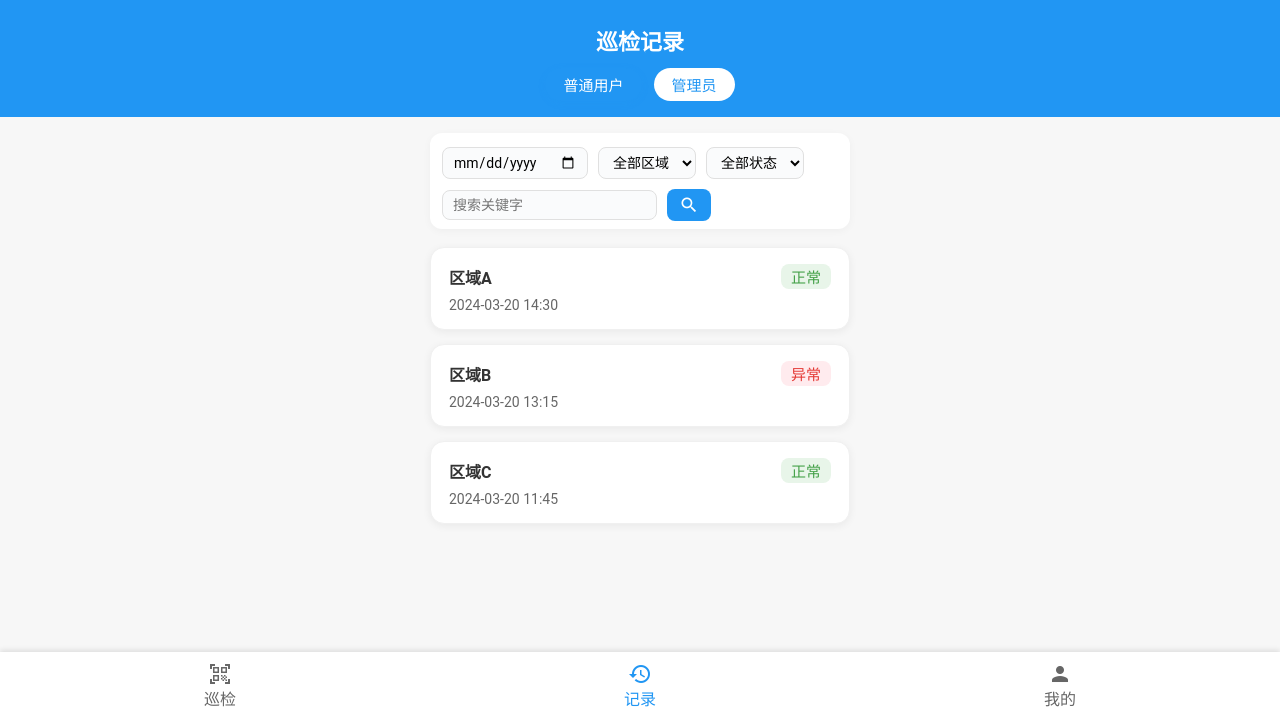
Repository: andyzheung/check-app
Page: UI原型/records.html
These files come from the project's save history. The page is drawn as it stood at one moment and after the next save; the edit follows.
The browser window is 1280 px wide. The pictures show the whole page.

Above is the page before, as saved 2025-05-11 17:08:51.

### UI原型/records.html
<!DOCTYPE html>
<html lang="zh-CN">
<head>
    <meta charset="UTF-8">
    <meta name="viewport" content="width=device-width, initial-scale=1.0">
    <title>巡检记录 - 巡检管理系统</title>
    <link href="https://fonts.googleapis.com/icon?family=Material+Icons" rel="stylesheet">
    <link href="css/common.css" rel="stylesheet">
    <link href="css/records.css" rel="stylesheet">
</head>
<body>
    <div class="records-container">
        <div class="records-header">
            <h1>巡检记录</h1>
            <!-- 角色切换，仅演示用，实际应由登录态决定 -->
            <div class="role-switch">
                <button class="role-btn active" id="userViewBtn">普通用户</button>
                <button class="role-btn" id="adminViewBtn">管理员</button>
            </div>
        </div>

        <!-- 普通用户视图 -->
        <div class="records-filter user-filter" id="userFilter">
            <input type="date" class="filter-input" placeholder="日期">
            <select class="filter-input">
                <option>全部区域</option>
                <option>A区机房</option>
                <option>B区机房</option>
                <option>C区机房</option>
            </select>
            <select class="filter-input">
                <option>全部状态</option>
                <option>正常</option>
                <option>异常</option>
            </select>
            <input type="text" class="filter-input" placeholder="搜索关键字">
            <button class="search-btn"><span class="material-icons">search</span></button>
        </div>
        <div class="records-content user-records" id="userRecords">
            <div class="record-card" onclick="window.location.href='inspection-details.html'">
                <div class="record-header">
                    <div>区域A</div>
                    <div class="record-status status-normal">正常</div>
                </div>
                <div class="record-info">
                    <div class="record-time">2024-03-20 14:30</div>
                </div>
            </div>
            <div class="record-card" onclick="window.location.href='inspection-details.html'">
                <div class="record-header">
                    <div>区域B</div>
                    <div class="record-status status-abnormal">异常</div>
                </div>
                <div class="record-info">
                    <div class="record-time">2024-03-20 13:15</div>
                </div>
            </div>
            <div class="record-card" onclick="window.location.href='inspection-details.html'">
                <div class="record-header">
                    <div>区域C</div>
                    <div class="record-status status-normal">正常</div>
                </div>
                <div class="record-info">
                    <div class="record-time">2024-03-20 11:45</div>
                </div>
            </div>
        </div>

        <!-- 管理员视图 -->
        <div class="records-filter admin-filter" id="adminFilter" style="display:none;">
            <input type="date" class="filter-input" placeholder="日期">
            <select class="filter-input">
                <option>全部区域</option>
                <option>A区机房</option>
                <option>B区机房</option>
                <option>C区机房</option>
            </select>
            <select class="filter-input">
                <option>全部人员</option>
                <option>张三</option>
                <option>李四</option>
                <option>王五</option>
            </select>
            <select class="filter-input">
                <option>全部状态</option>
                <option>正常</option>
                <option>异常</option>
            </select>
            <button class="search-btn"><span class="material-icons">search</span></button>
        </div>
        <div class="records-content admin-records" id="adminRecords" style="display:none;">
            <div class="record-card" onclick="window.location.href='inspection-details.html'">
                <div class="record-header">
                    <div>区域A</div>
                    <div class="record-status status-normal">正常</div>
                    <div class="record-inspector">张三</div>
                </div>
                <div class="record-info">
                    <div class="record-time">2024-03-20 14:30</div>
                </div>
            </div>
            <div class="record-card" onclick="window.location.href='inspection-details.html'">
                <div class="record-header">
                    <div>区域B</div>
                    <div class="record-status status-abnormal">异常</div>
                    <div class="record-inspector">李四</div>
                </div>
                <div class="record-info">
                    <div class="record-time">2024-03-20 13:15</div>
                </div>
            </div>
            <div class="record-card" onclick="window.location.href='inspection-details.html'">
                <div class="record-header">
                    <div>区域C</div>
                    <div class="record-status status-normal">正常</div>
                    <div class="record-inspector">王五</div>
                </div>
                <div class="record-info">
                    <div class="record-time">2024-03-20 11:45</div>
                </div>
            </div>
        </div>

        <!-- 底部导航 -->
        <div class="bottom-nav">
            <a href="scan.html" class="nav-item">
                <span class="material-icons">qr_code_scanner</span>
                <span>巡检</span>
            </a>
            <a href="records.html" class="nav-item active">
                <span class="material-icons">history</span>
                <span>记录</span>
            </a>
            <a href="profile.html" class="nav-item">
                <span class="material-icons">person</span>
                <span>我的</span>
            </a>
        </div>
    </div>
    <script>
        // 角色切换演示脚本
        const userBtn = document.getElementById('userViewBtn');
        const adminBtn = document.getElementById('adminViewBtn');
        const userFilter = document.getElementById('userFilter');
        const adminFilter = document.getElementById('adminFilter');
        const userRecords = document.getElementById('userRecords');
        const adminRecords = document.getElementById('adminRecords');
        userBtn.onclick = function() {
            userBtn.classList.add('active');
            adminBtn.classList.remove('active');
            userFilter.style.display = '';
            userRecords.style.display = '';
            adminFilter.style.display = 'none';
            adminRecords.style.display = 'none';
        };
        adminBtn.onclick = function() {
            adminBtn.classList.add('active');
            userBtn.classList.remove('active');
            userFilter.style.display = 'none';
            userRecords.style.display = 'none';
            adminFilter.style.display = '';
            adminRecords.style.display = '';
        };
    </script>
</body>
</html>

### UI原型/css/common.css
/* 公共样式 */
:root {
    --primary-color: #2196F3;
    --success-color: #4CAF50;
    --error-color: #F44336;
    --background-color: #F5F5F5;
    --text-color: #333333;
    --card-background: #FFFFFF;
}

* {
    margin: 0;
    padding: 0;
    box-sizing: border-box;
    font-family: 'Roboto', sans-serif;
}

body {
    background-color: var(--background-color);
    color: var(--text-color);
}

/* 底部导航样式 */
.bottom-nav {
    display: flex;
    justify-content: space-around;
    padding: 10px;
    background-color: white;
    box-shadow: 0 -2px 5px rgba(0,0,0,0.1);
    position: fixed;
    bottom: 0;
    left: 0;
    right: 0;
}

.nav-item {
    display: flex;
    flex-direction: column;
    align-items: center;
    color: #666;
    text-decoration: none;
}

.nav-item.active {
    color: var(--primary-color);
}

/* 返回按钮样式 */
.back-button {
    color: inherit;
    text-decoration: none;
    display: flex;
    align-items: center;
}

/* 卡片样式 */
.card {
    background-color: var(--card-background);
    border-radius: 8px;
    padding: 15px;
    margin-bottom: 15px;
    box-shadow: 0 2px 4px rgba(0,0,0,0.1);
}

/* 按钮样式 */
.button {
    padding: 12px 20px;
    border: none;
    border-radius: 4px;
    font-size: 16px;
    cursor: pointer;
    background-color: var(--primary-color);
    color: white;
    width: 100%;
}

/* 输入框样式 */
.input-field {
    width: 100%;
    padding: 12px;
    border: 1px solid #ddd;
    border-radius: 4px;
    font-size: 16px;
    margin-bottom: 15px;
}

/* 状态标签样式 */
.status-normal {
    background-color: var(--success-color);
    color: white;
    padding: 4px 8px;
    border-radius: 4px;
    font-size: 14px;
}

.status-abnormal {
    background-color: var(--error-color);
    color: white;
    padding: 4px 8px;
    border-radius: 4px;
    font-size: 14px;
}

### UI原型/css/records.css
/* 巡检记录页面样式 */
.records-container {
    min-height: 100vh;
    background: #f7f7f7;
    display: flex;
    flex-direction: column;
}

.records-header {
    background: var(--primary-color, #2196F3);
    color: #fff;
    padding: 24px 0 16px 0;
    text-align: center;
    position: relative;
}
.records-header h1 {
    font-size: 22px;
    font-weight: 700;
    margin: 0;
}
.role-switch {
    margin-top: 12px;
    display: flex;
    justify-content: center;
    gap: 12px;
}
.role-btn {
    background: #fff;
    color: var(--primary-color, #2196F3);
    border: none;
    border-radius: 18px;
    padding: 6px 18px;
    font-size: 15px;
    font-weight: 500;
    cursor: pointer;
    transition: background 0.2s, color 0.2s;
}
.role-btn.active {
    background: var(--primary-color, #2196F3);
    color: #fff;
    box-shadow: 0 2px 8px rgba(33,150,243,0.08);
}

.records-filter {
    display: flex;
    gap: 10px;
    align-items: center;
    background: #fff;
    padding: 14px 12px 8px 12px;
    border-radius: 12px;
    margin: 16px auto 0 auto;
    max-width: 420px;
    box-shadow: 0 2px 8px rgba(0,0,0,0.04);
    flex-wrap: wrap;
}
.filter-input {
    border: 1px solid #e0e0e0;
    border-radius: 8px;
    padding: 6px 10px;
    font-size: 14px;
    background: #fafbfc;
    outline: none;
    min-width: 90px;
}
.search-btn {
    background: var(--primary-color, #2196F3);
    color: #fff;
    border: none;
    border-radius: 8px;
    padding: 6px 12px;
    cursor: pointer;
    display: flex;
    align-items: center;
    transition: background 0.2s;
}
.search-btn .material-icons {
    font-size: 20px;
}

.records-content {
    display: flex;
    flex-direction: column;
    gap: 14px;
    margin: 18px auto 0 auto;
    max-width: 420px;
    width: 100%;
}
.record-card {
    background: #fff;
    border-radius: 14px;
    box-shadow: 0 2px 8px rgba(0,0,0,0.06);
    padding: 16px 18px;
    cursor: pointer;
    transition: box-shadow 0.2s;
    border: 1.5px solid #f0f0f0;
}
.record-card:hover {
    box-shadow: 0 4px 16px rgba(33,150,243,0.10);
}
.record-header {
    display: flex;
    align-items: center;
    justify-content: space-between;
    font-size: 16px;
    font-weight: 600;
    margin-bottom: 8px;
    gap: 10px;
}
.record-status {
    font-size: 15px;
    font-weight: 500;
    border-radius: 8px;
    padding: 2px 10px;
}
.status-normal {
    color: #43a047;
    background: #e8f5e9;
}
.status-abnormal {
    color: #e53935;
    background: #ffebee;
}
.record-inspector {
    font-size: 14px;
    color: #888;
    font-weight: 400;
    margin-left: 8px;
}
.record-info {
    display: flex;
    align-items: center;
    gap: 18px;
    font-size: 14px;
    color: #666;
}
.record-time {
    font-size: 14px;
    color: #666;
}

/* 底部导航栏复用common.css样式 */

After the next save:
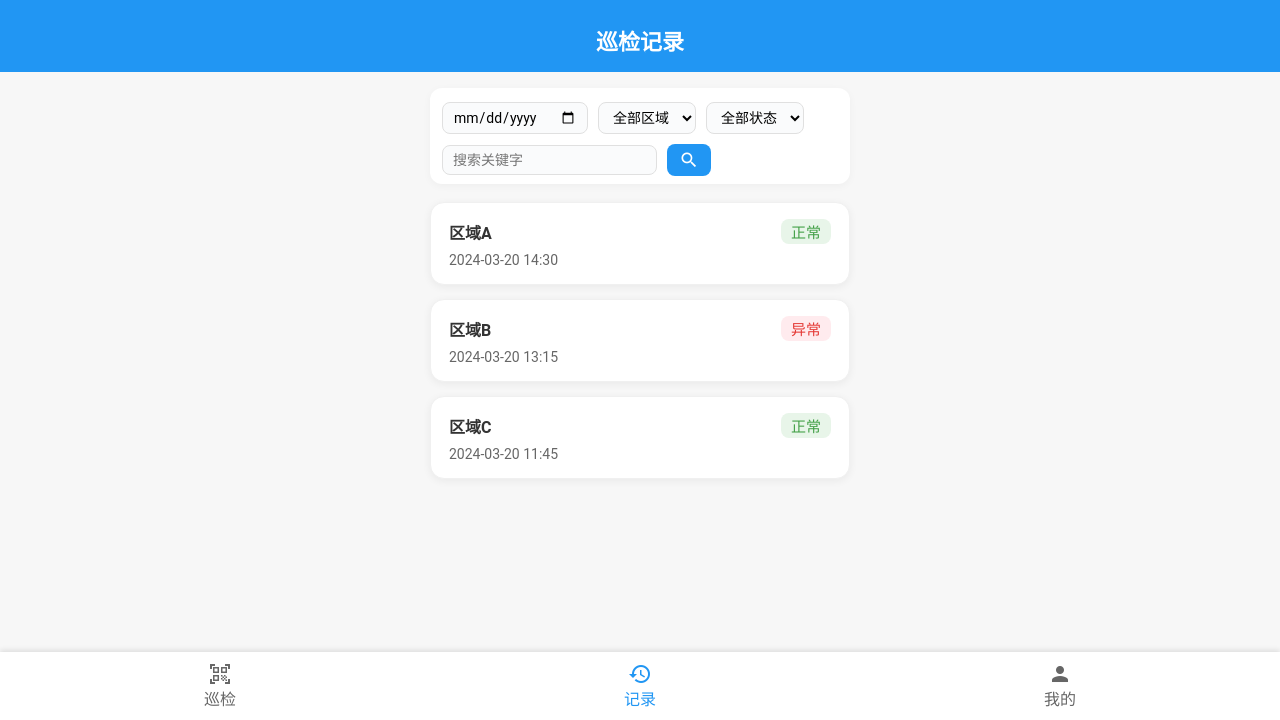
Saved 98 s later.
--- a/UI原型/records.html
+++ b/UI原型/records.html
@@ -12,15 +12,11 @@
     <div class="records-container">
         <div class="records-header">
             <h1>巡检记录</h1>
-            <!-- 角色切换，仅演示用，实际应由登录态决定 -->
-            <div class="role-switch">
-                <button class="role-btn active" id="userViewBtn">普通用户</button>
-                <button class="role-btn" id="adminViewBtn">管理员</button>
-            </div>
+            <!-- 角色切换按钮已移除，后续由后端权限自动控制显示内容 -->
         </div>
 
-        <!-- 普通用户视图 -->
-        <div class="records-filter user-filter" id="userFilter">
+        <!-- 筛选栏：后端根据权限返回不同筛选项和数据 -->
+        <div class="records-filter">
             <input type="date" class="filter-input" placeholder="日期">
             <select class="filter-input">
                 <option>全部区域</option>
@@ -28,54 +24,8 @@
                 <option>B区机房</option>
                 <option>C区机房</option>
             </select>
-            <select class="filter-input">
-                <option>全部状态</option>
-                <option>正常</option>
-                <option>异常</option>
-            </select>
-            <input type="text" class="filter-input" placeholder="搜索关键字">
-            <button class="search-btn"><span class="material-icons">search</span></button>
-        </div>
-        <div class="records-content user-records" id="userRecords">
-            <div class="record-card" onclick="window.location.href='inspection-details.html'">
-                <div class="record-header">
-                    <div>区域A</div>
-                    <div class="record-status status-normal">正常</div>
-                </div>
-                <div class="record-info">
-                    <div class="record-time">2024-03-20 14:30</div>
-                </div>
-            </div>
-            <div class="record-card" onclick="window.location.href='inspection-details.html'">
-                <div class="record-header">
-                    <div>区域B</div>
-                    <div class="record-status status-abnormal">异常</div>
-                </div>
-                <div class="record-info">
-                    <div class="record-time">2024-03-20 13:15</div>
-                </div>
-            </div>
-            <div class="record-card" onclick="window.location.href='inspection-details.html'">
-                <div class="record-header">
-                    <div>区域C</div>
-                    <div class="record-status status-normal">正常</div>
-                </div>
-                <div class="record-info">
-                    <div class="record-time">2024-03-20 11:45</div>
-                </div>
-            </div>
-        </div>
-
-        <!-- 管理员视图 -->
-        <div class="records-filter admin-filter" id="adminFilter" style="display:none;">
-            <input type="date" class="filter-input" placeholder="日期">
-            <select class="filter-input">
-                <option>全部区域</option>
-                <option>A区机房</option>
-                <option>B区机房</option>
-                <option>C区机房</option>
-            </select>
-            <select class="filter-input">
+            <!-- 管理员可见：人员筛选 -->
+            <select class="filter-input" id="inspectorSelect" style="display:none;">
                 <option>全部人员</option>
                 <option>张三</option>
                 <option>李四</option>
@@ -86,14 +36,16 @@
                 <option>正常</option>
                 <option>异常</option>
             </select>
+            <input type="text" class="filter-input" placeholder="搜索关键字">
             <button class="search-btn"><span class="material-icons">search</span></button>
         </div>
-        <div class="records-content admin-records" id="adminRecords" style="display:none;">
+        <div class="records-content">
+            <!-- 普通用户：仅显示本人记录；管理员：显示所有记录并展示巡检人 -->
             <div class="record-card" onclick="window.location.href='inspection-details.html'">
                 <div class="record-header">
                     <div>区域A</div>
                     <div class="record-status status-normal">正常</div>
-                    <div class="record-inspector">张三</div>
+                    <div class="record-inspector" style="display:none;">张三</div>
                 </div>
                 <div class="record-info">
                     <div class="record-time">2024-03-20 14:30</div>
@@ -103,7 +55,7 @@
                 <div class="record-header">
                     <div>区域B</div>
                     <div class="record-status status-abnormal">异常</div>
-                    <div class="record-inspector">李四</div>
+                    <div class="record-inspector" style="display:none;">李四</div>
                 </div>
                 <div class="record-info">
                     <div class="record-time">2024-03-20 13:15</div>
@@ -113,7 +65,7 @@
                 <div class="record-header">
                     <div>区域C</div>
                     <div class="record-status status-normal">正常</div>
-                    <div class="record-inspector">王五</div>
+                    <div class="record-inspector" style="display:none;">王五</div>
                 </div>
                 <div class="record-info">
                     <div class="record-time">2024-03-20 11:45</div>
@@ -136,31 +88,7 @@
                 <span>我的</span>
             </a>
         </div>
+        <!-- 后续由后端根据登录用户权限动态渲染筛选项和记录内容 -->
     </div>
-    <script>
-        // 角色切换演示脚本
-        const userBtn = document.getElementById('userViewBtn');
-        const adminBtn = document.getElementById('adminViewBtn');
-        const userFilter = document.getElementById('userFilter');
-        const adminFilter = document.getElementById('adminFilter');
-        const userRecords = document.getElementById('userRecords');
-        const adminRecords = document.getElementById('adminRecords');
-        userBtn.onclick = function() {
-            userBtn.classList.add('active');
-            adminBtn.classList.remove('active');
-            userFilter.style.display = '';
-            userRecords.style.display = '';
-            adminFilter.style.display = 'none';
-            adminRecords.style.display = 'none';
-        };
-        adminBtn.onclick = function() {
-            adminBtn.classList.add('active');
-            userBtn.classList.remove('active');
-            userFilter.style.display = 'none';
-            userRecords.style.display = 'none';
-            adminFilter.style.display = '';
-            adminRecords.style.display = '';
-        };
-    </script>
 </body>
 </html>
